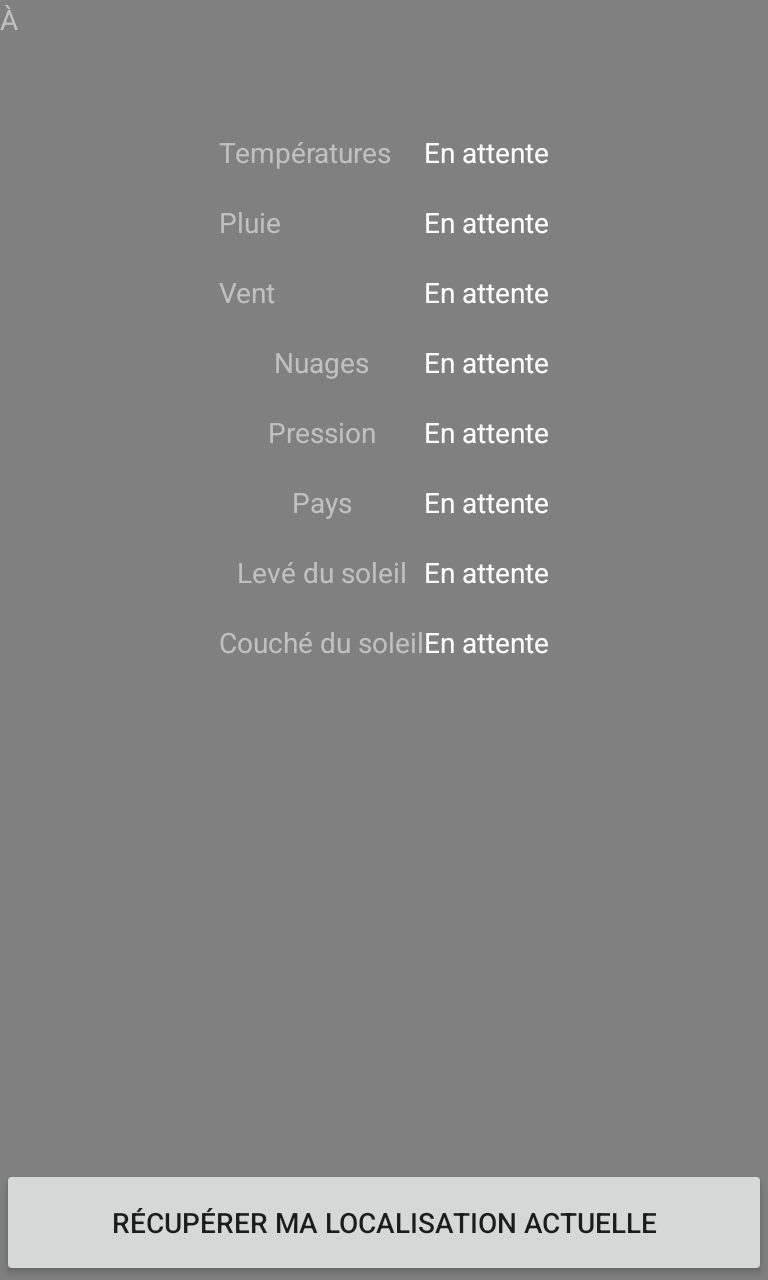
Repository: cpluuuusplus/WhoWantsKitKat
Layout: AppliPlus/res/layout/activity_meteo_principale.xml
The author's editor kept a copy of each file at every save. The layout is drawn from the files as they stood at one save, then again after the next save.
It is drawn on a 768 x 1280 px phone screen (xhdpi) without system bars, with theme Theme.AppCompat.Light; the app's code is not run.

Above is the layout before, as saved 2014-05-12 14:12:32.

### AppliPlus/res/layout/activity_meteo_principale.xml
<?xml version="1.0" encoding="utf-8"?>
<LinearLayout xmlns:android="http://schemas.android.com/apk/res/android"
    android:layout_width="match_parent"
    android:layout_height="match_parent"
    android:background="@color/gray"
    android:orientation="vertical" >

    <!-- Afficher les  informations météo -->


    <!-- <LinearLayout -->
    <!-- android:layout_width="match_parent" -->
    <!-- android:layout_height="wrap_content" -->
    <!-- android:layout_margin="5dp" -->
    <!-- android:layout_weight="0.30" -->
    <!-- android:background="@color/black_color" -->
    <!-- android:orientation="vertical" -->
    <!-- android:paddingBottom="5dp" -->
    <!-- android:paddingLeft="5dp" -->
    <!-- android:paddingRight="5dp" -->
    <!-- android:paddingTop="5dp" > -->


    <!-- Titre et ville -->

    <LinearLayout
        android:layout_width="match_parent"
        android:layout_height="fill_parent"
        android:layout_gravity="center"
        android:layout_weight="1"
        android:orientation="horizontal" >

        <TextView
            android:id="@+id/desc_meteo"
            android:layout_width="fill_parent"
            android:layout_height="wrap_content"
            android:text="@string/meteo_desc"
            android:textColor="@color/silver" />

        <TextView
            android:id="@+id/afficher_localite_meteo"
            android:layout_width="fill_parent"
            android:layout_height="wrap_content"
            android:text="@string/to_be_defined"
            android:textColor="@color/white" />
    </LinearLayout>

    <!-- Info météo : temperature, pluie, vent, nuages -->

    <TableLayout
        android:layout_width="match_parent"
        android:layout_height="fill_parent"
        android:layout_gravity="fill_vertical"
        android:layout_weight="0.2" >

        <!-- température -->

        <TableRow
            android:id="@+id/row_meteo_temperature"
            android:layout_width="match_parent"
            android:layout_height="wrap_content"
            android:gravity="center_horizontal"
            android:padding="8dp" >

            <TextView
                android:id="@+id/desc_temp"
                android:text="@string/meteo_tc"
                android:textColor="@color/silver" />

            <TextView
                android:id="@+id/info_temp"
                android:text="@string/to_be_defined"
                android:textColor="@color/white" />
        </TableRow>

        <!-- pluie -->

        <TableRow
            android:id="@+id/row_meteo_pluie"
            android:layout_width="match_parent"
            android:layout_height="wrap_content"
            android:gravity="center_horizontal"
            android:padding="8dp" >

            <TextView
                android:id="@+id/desc_pluie"
                android:layout_width="fill_parent"
                android:text="@string/meteo_rain"
                android:textColor="@color/silver" />

            <TextView
                android:id="@+id/info_pluie"
                android:layout_width="fill_parent"
                android:text="@string/to_be_defined"
                android:textColor="@color/white" />
        </TableRow>
        <!-- vent -->

        <TableRow
            android:id="@+id/row_meteo_vent"
            android:layout_width="match_parent"
            android:layout_height="wrap_content"
            android:gravity="center_horizontal"
            android:padding="8dp" >

            <TextView
                android:id="@+id/desc_vent"
                android:layout_width="fill_parent"
                android:text="@string/meteo_wind"
                android:textColor="@color/silver" />

            <TextView
                android:id="@+id/info_vent"
                android:layout_width="fill_parent"
                android:text="@string/to_be_defined"
                android:textColor="@color/white" />
        </TableRow>

        <!-- nuages -->

        <TableRow
            android:id="@+id/row_meteo_nuages"
            android:layout_width="match_parent"
            android:layout_height="wrap_content"
            android:gravity="center_horizontal"
            android:padding="8dp" >

            <TextView
                android:id="@+id/desc_nuages"
                android:layout_width="fill_parent"
                android:gravity="center_horizontal"
                android:text="@string/meteo_clouds"
                android:textColor="@color/silver" />

            <TextView
                android:id="@+id/info_nuages"
                android:gravity="left"
                android:text="@string/to_be_defined"
                android:textColor="@color/white" />
        </TableRow>

        <!-- pression -->

        <TableRow
            android:id="@+id/row_pressure"
            android:layout_width="match_parent"
            android:layout_height="wrap_content"
            android:gravity="center_horizontal"
            android:padding="8dp" >

            <TextView
                android:id="@+id/desc_pressure"
                android:layout_width="fill_parent"
                android:gravity="center_horizontal"
                android:text="@string/desc_pressure"
                android:textColor="@color/silver" />

            <TextView
                android:id="@+id/info_pressure"
                android:layout_width="fill_parent"
                android:gravity="left"
                android:text="@string/to_be_defined"
                android:textColor="@color/white" />
        </TableRow>

        <!-- pays -->

        <TableRow
            android:id="@+id/row_country"
            android:layout_width="match_parent"
            android:layout_height="wrap_content"
            android:gravity="center_horizontal"
            android:padding="8dp" >

            <TextView
                android:id="@+id/desc_country"
                android:gravity="center_horizontal"
                android:text="@string/desc_country"
                android:textColor="@color/silver" />

            <TextView
                android:id="@+id/info_country"
                android:layout_width="fill_parent"
                android:gravity="left"
                android:text="@string/to_be_defined"
                android:textColor="@color/white" />
        </TableRow>

        <!-- sunrise -->

        <TableRow
            android:id="@+id/row_sunrise"
            android:layout_width="match_parent"
            android:layout_height="wrap_content"
            android:gravity="center_horizontal"
            android:padding="8dp" >

            <TextView
                android:id="@+id/desc_sunrise"
                android:layout_width="fill_parent"
                android:gravity="center_horizontal"
                android:text="@string/desc_sunrise"
                android:textColor="@color/silver" />

            <TextView
                android:id="@+id/info_sunrise"
                android:layout_width="fill_parent"
                android:gravity="left"
                android:text="@string/to_be_defined"
                android:textColor="@color/white" />
        </TableRow>

        <!-- sunset -->

        <TableRow
            android:id="@+id/row_sunset"
            android:layout_width="match_parent"
            android:layout_height="wrap_content"
            android:gravity="center_horizontal"
            android:padding="8dp" >

            <TextView
                android:id="@+id/desc_sunset"
                android:layout_width="fill_parent"
                android:gravity="center_horizontal"
                android:text="@string/desc_sunset"
                android:textColor="@color/silver" />

            <TextView
                android:id="@+id/info_sunset"
                android:layout_width="fill_parent"
                android:gravity="left"
                android:text="@string/to_be_defined"
                android:textColor="@color/white" />
        </TableRow>
    </TableLayout>
    <!-- </LinearLayout> -->


    <!-- Acceder à une localisation -->

    <Button
        android:id="@+id/meteo_recuperer_localite"
        android:layout_width="match_parent"
        android:layout_height="fill_parent"
        android:layout_weight="1"
        android:onClick="recupererLocalisationAppareil"
        android:text="@string/get_localite" />

    <!-- <LinearLayout -->
    <!-- android:layout_width="wrap_content" -->
    <!-- android:layout_height="wrap_content" -->
    <!-- android:layout_margin="5dp" -->
    <!-- android:background="@color/black_color" -->
    <!-- android:orientation="horizontal" -->
    <!-- android:paddingBottom="5dp" -->
    <!-- android:paddingLeft="5dp" -->
    <!-- android:paddingRight="5dp" -->
    <!-- android:paddingTop="5dp" > -->


    <!-- <LinearLayout -->
    <!-- android:layout_width="wrap_content" -->
    <!-- android:layout_height="wrap_content" -->
    <!-- android:layout_margin="5dp" -->
    <!-- android:background="@color/black_color" -->
    <!-- android:orientation="vertical" -->
    <!-- android:paddingBottom="5dp" -->
    <!-- android:paddingLeft="5dp" -->
    <!-- android:paddingRight="5dp" -->
    <!-- android:paddingTop="5dp" > -->


    <!-- <TextView -->
    <!-- android:layout_width="wrap_content" -->
    <!-- android:layout_height="wrap_content" -->
    <!-- android:text="@string/desc_saisie_localite" -->
    <!-- android:textColor="@color/white" /> -->


    <!-- <EditText -->
    <!-- android:id="@+id/meteo_saisie_localite" -->
    <!-- android:layout_width="wrap_content" -->
    <!-- android:inputType="textCapWords" -->
    <!-- android:layout_height="wrap_content" -->
    <!-- android:hint="@string/saisir_localite" -->
    <!-- android:layout_gravity="center" -->
    <!-- android:textColor="@color/white" /> -->


    <!-- <Button -->
    <!-- android:id="@+id/meteo_valider_localite" -->
    <!-- android:layout_width="match_parent" -->
    <!-- android:layout_height="wrap_content" -->
    <!-- android:onClick="validerChoixLocalisationSaisi" -->
    <!-- android:text="@string/valider_localite" /> -->
    <!-- </LinearLayout> -->


    <!-- <Button -->
    <!-- android:id="@+id/meteo_recuperer_localite" -->
    <!-- android:layout_width="match_parent" -->
    <!-- android:layout_height="wrap_content" -->
    <!-- android:onClick="recupererLocalisationAppareil" -->
    <!-- android:text="@string/get_localite" /> -->
    <!-- </LinearLayout> -->

</LinearLayout>

### AppliPlus/res/values/colors.xml
<?xml version="1.0" encoding="utf-8"?>
<resources>

    <color name="black_color">#000</color>
    <color name="white">#FFFFFF</color>
    <color name="yellow">#FFFF00</color>
    <color name="fuchsia">#FF00FF</color>
    <color name="red">#FF0000</color>
    <color name="silver">#C0C0C0</color>
    <color name="gray">#808080</color>
    <color name="olive">#808000</color>
    <color name="purple">#800080</color>
    <color name="maroon">#800000</color>
    <color name="aqua">#00FFFF</color>
    <color name="lime">#00FF00</color>
    <color name="teal">#008080</color>
    <color name="green">#008000</color>
    <color name="blue">#0000FF</color>
    <color name="navy">#000080</color>

</resources>

### AppliPlus/res/values/strings.xml
<?xml version="1.0" encoding="utf-8"?>
<resources>

    <string name="app_name">Qui veut manger un KitKat ?</string>
    <string name="hello_world">Hello world!</string>
    <string name="nb_cours">%1$d cours viennent d\'être mis à jours</string>
    <string name="direct">Accès direct à pamplemousse viewer</string>
    <string name="refresh">Refresh</string>
    <string name="action_search">search</string>
    <string name="find_city">Rechercher une ville</string>

    <!-- Nom des menus ! -->

    <string name="home">Qui veut un KitKat ?</string>
    <string name="pamp_viewer">Accès à Pamplemousse</string>
    <string name="agenda_null">Première connection ? Renseignez vos identifiants, et synchroniser</string>
    <string name="url_error">Impossible de se connecter au serveur, veuillez vérifier vos identifiants et votre connection à internet</string>
    <string name="menu_pampl">Accès à Pamplemousse</string>
    <string name="connection">Accès à Pamplemousse</string>
    <string name="remote">Accès à Pamplemousse en ligne</string>
    <string name="pampl_desc">Emploi du temps, mails,...</string>
    <string name="geo">Accés au service de Géolocalisation</string>
    <string name="geo_desc">Géolocalisation</string>
    <string name="meteo">Accés au service Météo</string>
    <string name="meteo_desc">À</string>
    <string name="meteo_tc">Températures</string>
    <string name="meteo_wind">Vent</string>
    <string name="meteo_rain">Pluie</string>
    <string name="meteo_clouds">Nuages</string>
    <string name="valider_localite">Valider</string>
    <string name="desc_country">Pays</string>
    <string name="desc_sunrise">Levé du soleil</string>
    <string name="desc_sunset">Couché du soleil</string>
    <string name="desc_pressure">Pression</string>


    <!-- Cas non défini -->

    <string name="to_be_defined">En attente</string>

    <!-- Test login -->

    <string name="menu_settings">Settings</string>
    <string name="title_activity_main">MainActivity</string>
    <string name="image_content_description">Un Android avec un chien</string>
    <string name="login">S\'identifier</string>
    <string name="email">Id utilisateur</string>
    <string name="password">Mot de passe</string>
    <string name="connect">Se connecter</string>
    <string name="get_localite">Récupérer ma localisation actuelle</string>
    <string name="saisir_localite">Saisir une ville ici</string>
    <string name="desc_saisie_localite">Vous pouvez saisir une localité</string>
    <string name="temp">Ce champ doit etre rempli</string>
    <string name="geoloc_osm">Géolocationsation par OSM/OCM</string>

</resources>

After the next save:
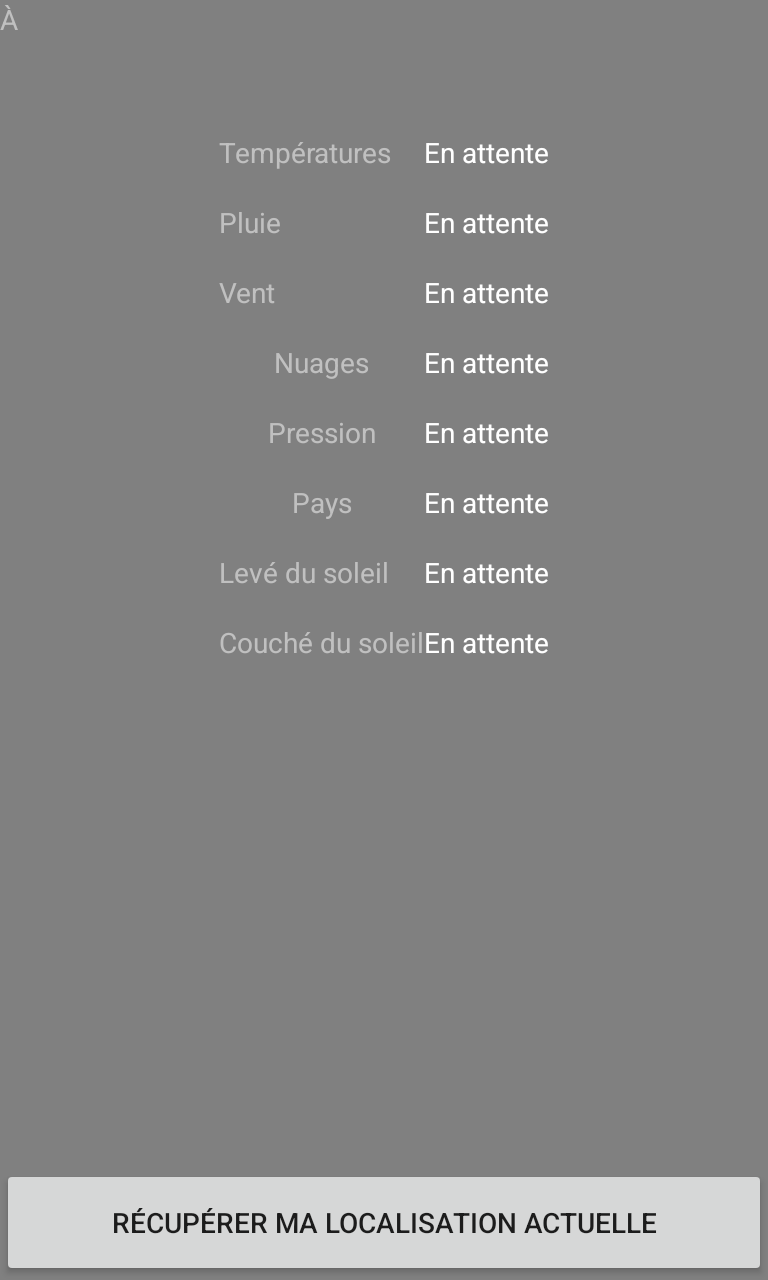
Saved 54 s later.
--- a/AppliPlus/res/layout/activity_meteo_principale.xml
+++ b/AppliPlus/res/layout/activity_meteo_principale.xml
@@ -198,7 +198,7 @@
             <TextView
                 android:id="@+id/desc_sunrise"
                 android:layout_width="fill_parent"
-                android:gravity="center_horizontal"
+                android:gravity="left"
                 android:text="@string/desc_sunrise"
                 android:textColor="@color/silver" />
 
